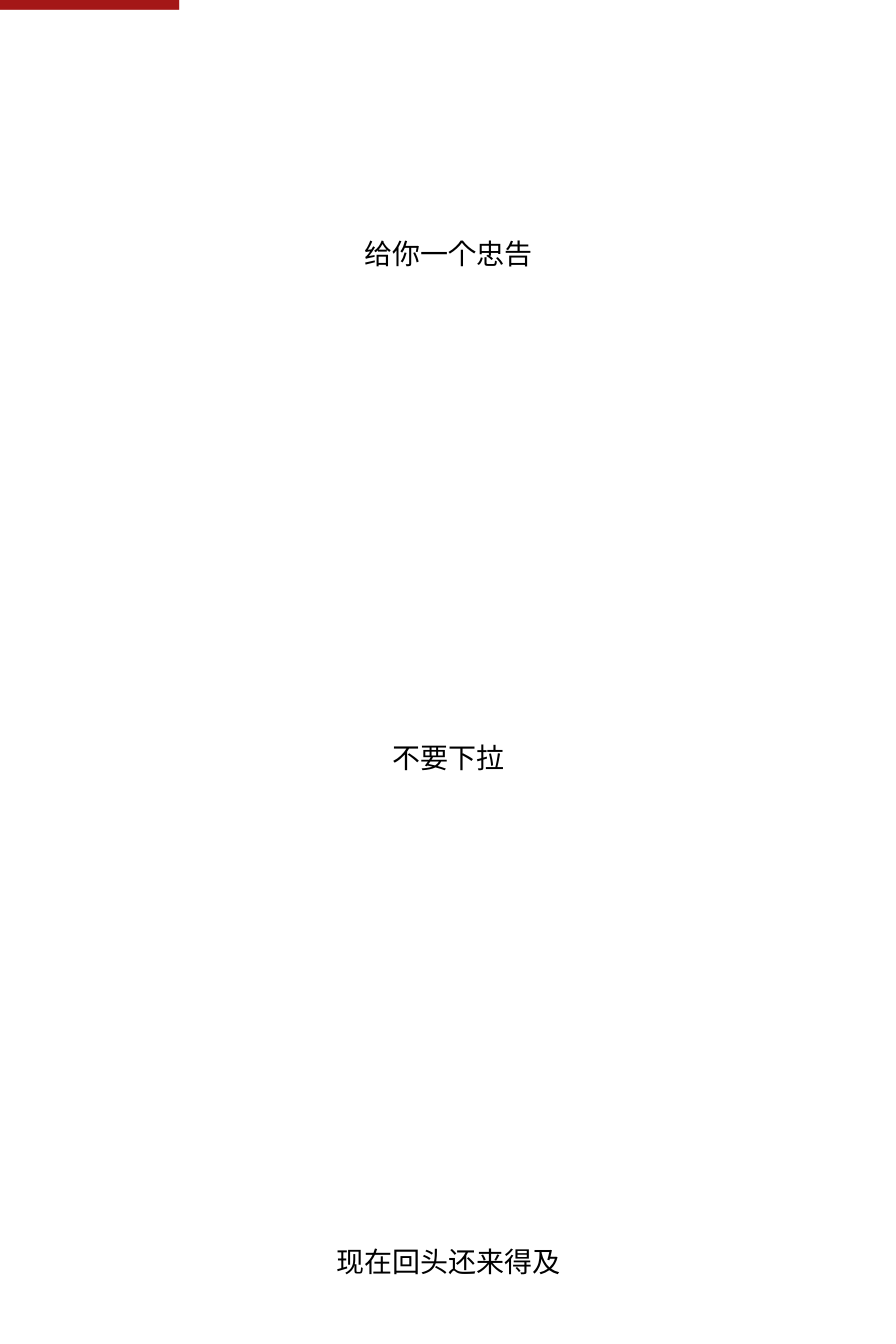
Repository: PUYIXIU/CSSMagic
Page: Animation/ScrollDrivenAnimation/index.html
These files come from the project's save history. The page is drawn as it stood at one moment and after the next save; the edit follows.
The browser window is 1280 px wide. The pictures show the part of the page from y = 0 to 1920 px (the page is 7200 px tall), at 70% of full size.
Some web fonts or font styles are not loaded; a fallback is used.

Above is the page before, as saved 2024-09-03 10:38:19.

After the next save:
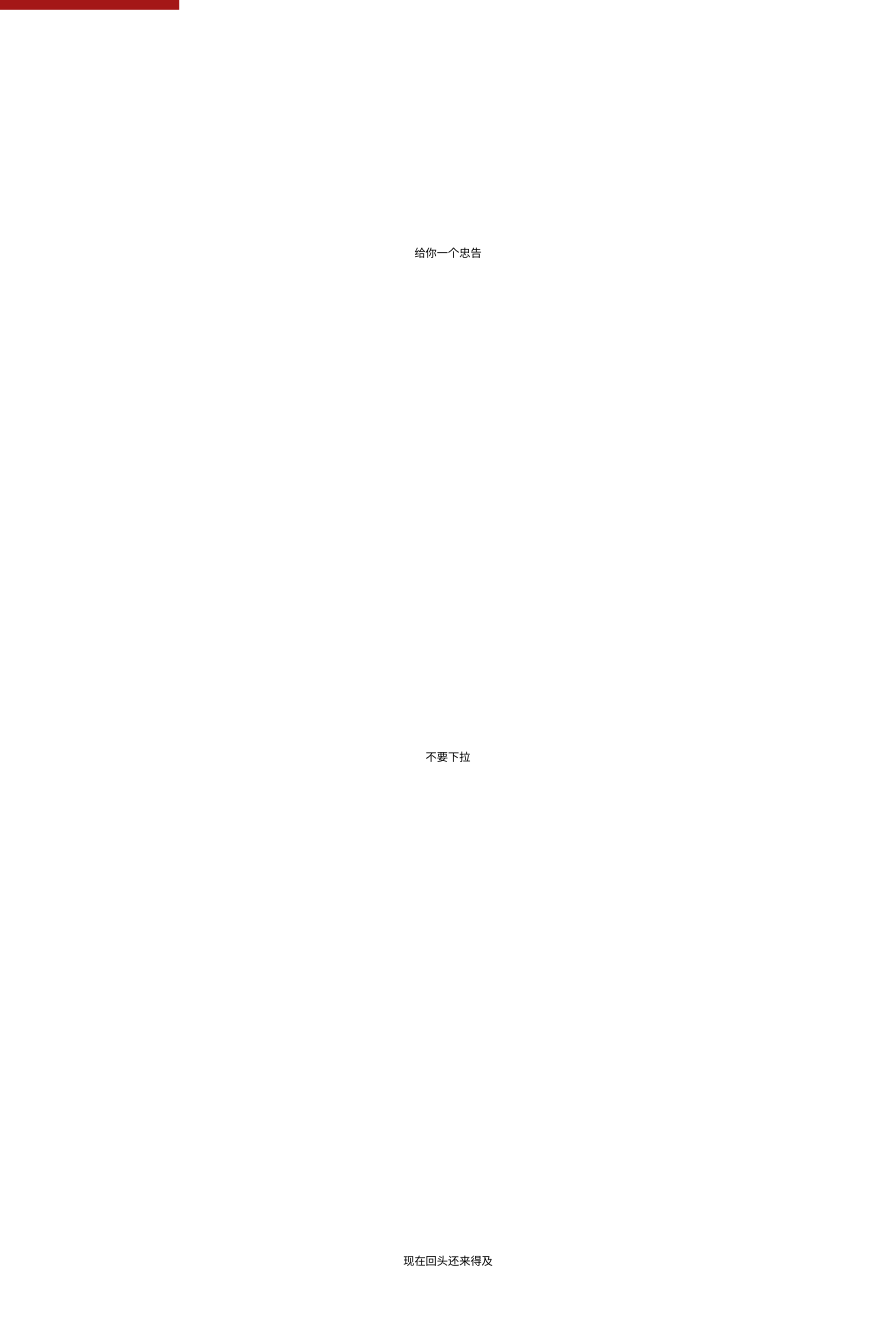
Saved 67 s later.
--- a/Animation/ScrollDrivenAnimation/index.html
+++ b/Animation/ScrollDrivenAnimation/index.html
@@ -23,7 +23,7 @@
             width:100%;
             display: grid;
             place-items: center;
-            font-size:40px;
+            font-size:60;
             font-family:Xiang Cui;
         }
     </style>
